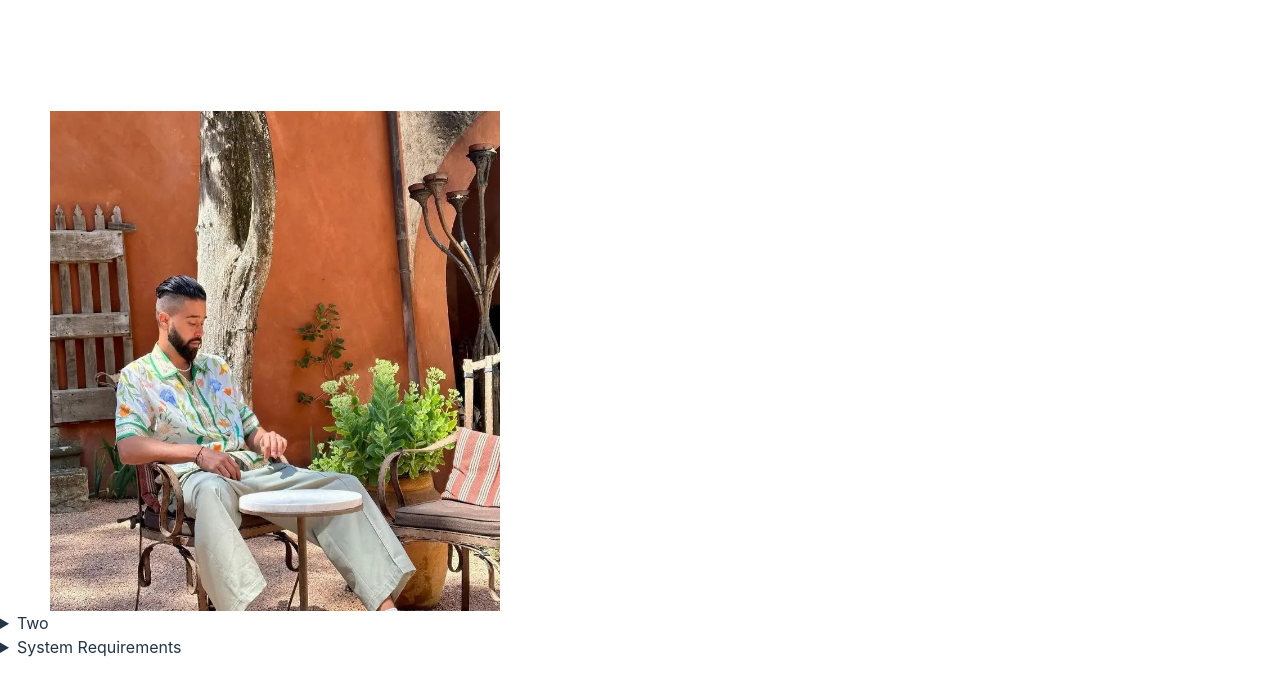
Repository: GavinPahal/my_app
Page: / (app in react/)
These files come from the project's save history. The page is drawn as it stood at one moment and after the next save; the edit follows.
The browser window is 1280 px wide. The pictures show the whole page.
The project was rebuilt for these pictures with package versions that can differ from the ones it lists, and the page was loaded fresh each time. Also part of the build but not shown: react/vite.config.js.

Above is the page before, as saved 2024-09-14 10:51:43.

### react/src/App.jsx
import { useState } from 'react'
import ap from '/Untitled-34.jpg'
import './App.css'

function App() {
  const [count, setCount] = useState(0)

  return (
    <>
    <img src={ap} alt="Vite logo" className="image" width={450} height={500}/>
    <div className='album'>
      <details name="reqs">
  <summary>Two</summary>
  <ol>
    <li>All Night(Live)</li>
    <li>Hills</li>
    <li>SummerHigh</li>
    <li>Wo Noor</li>
    <li>Dil Nu</li>
  </ol>
</details>
<details name="reqs">
  <summary>System Requirements</summary>
  <ol>
    <li>All Night</li>
    <li> hills</li>
  </ol>
</details>
</div>
    </>
  )
}

export default App

### react/src/App.css
.image{
  display: flex;
  padding-left: 50px;
  padding-top: 50px;
}


.album{
display: flex;
flex-direction: column;
justify-content:center;
}

.card{
  display: flex;
  justify-content: center;
  flex-direction: column;

}

Loaded but not shown: react/index.html (common file); react/src/main.jsx (common file); react/src/index.css (common file)

After the next save:
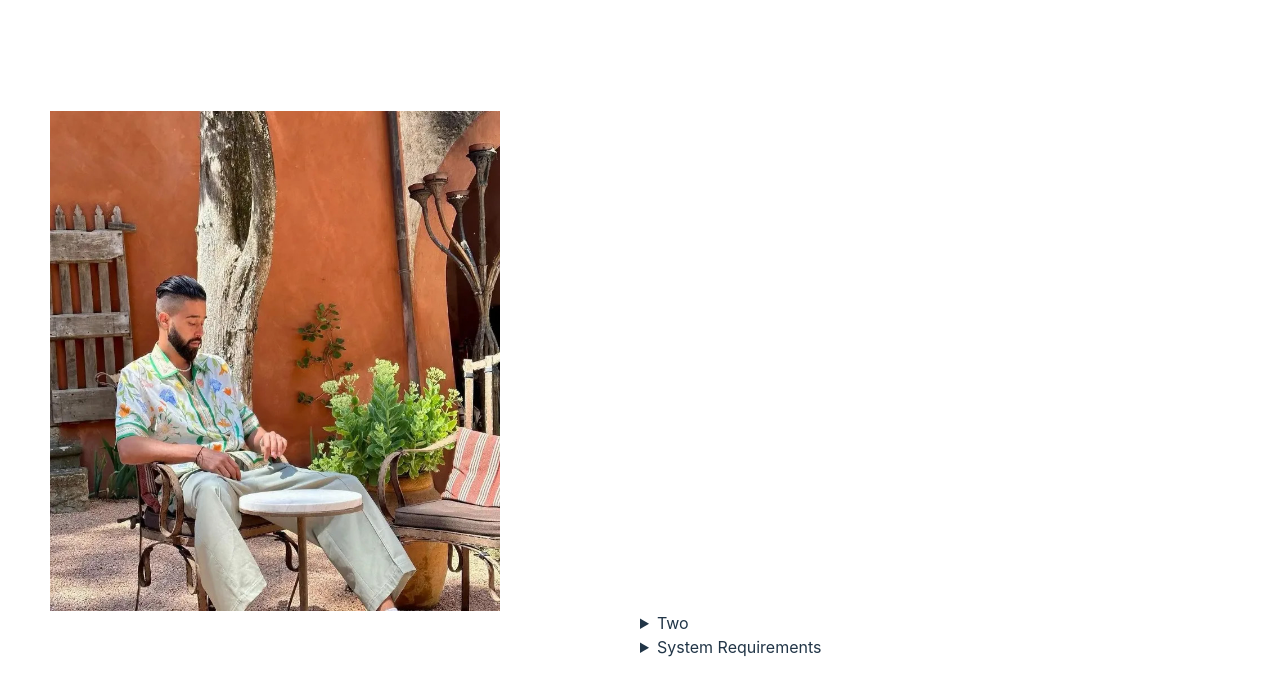
Saved 21 s later.
--- a/react/src/App.css
+++ b/react/src/App.css
@@ -9,11 +9,5 @@
 display: flex;
 flex-direction: column;
 justify-content:center;
+padding-left: 40rem;
 }
-
-.card{
-  display: flex;
-  justify-content: center;
-  flex-direction: column;
-
-}
